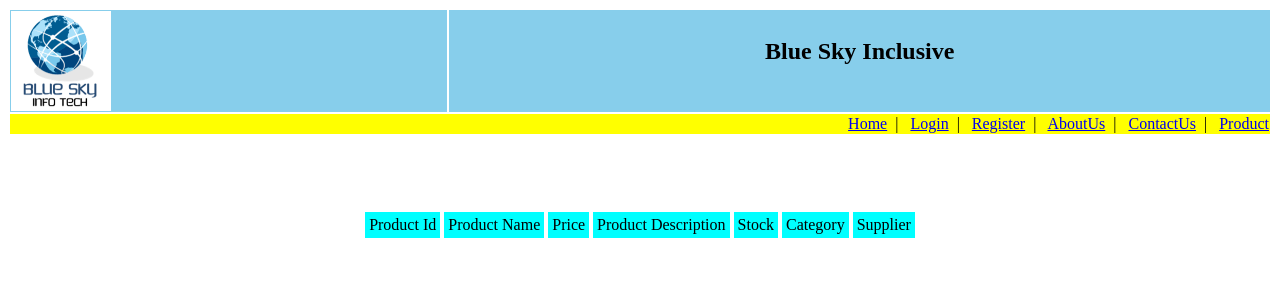
Repository: aishwaryaR16/Term-2-Project
Page: http://localhost/WebDemo/ProductDisplay.jsp
The author's editor kept a copy of each file at every save. The page is drawn from the files as they stood at one save, then again after the next save.
The browser window is 1280 px wide. The pictures show the whole page.
The page is served by Tomcat 9. The template is opened directly, without the code that normally fills it, so the values that code supplies are empty.

Above is the page before, as saved 2020-11-20 14:06:57.

After the next save:
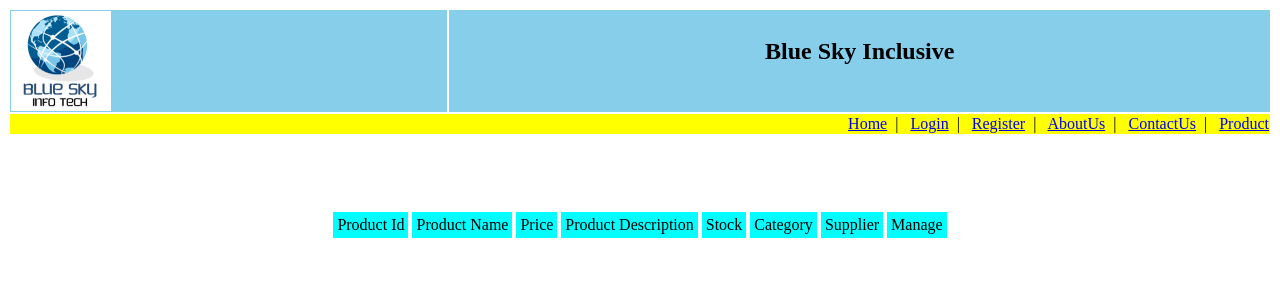
Saved 17 min 47 s later.
--- a/eclipse-workspace1/WebDemo/WebContent/ProductDisplay.jsp
+++ b/eclipse-workspace1/WebDemo/WebContent/ProductDisplay.jsp
@@ -13,6 +13,7 @@
 <td>Stock</td>
 <td>Category</td>
 <td>Supplier</td>
+<td>Manage</td>
 </tr>
 
 <c:forEach items="${productList }" var="product">

After the save that followed:
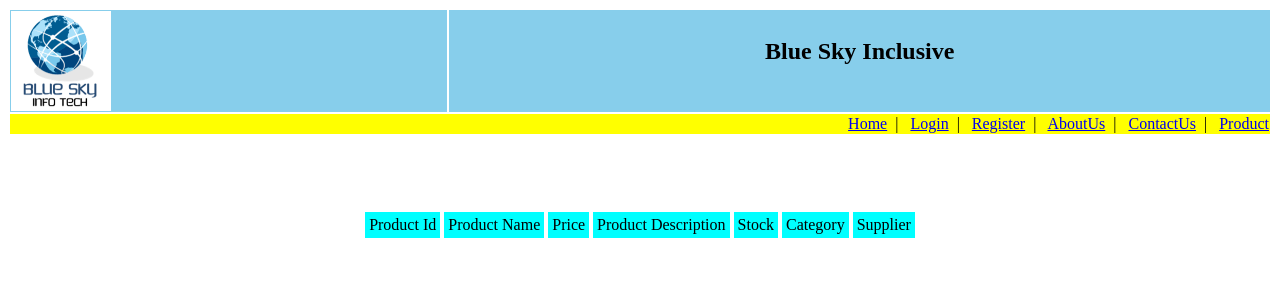
Saved 69 s later.
--- a/eclipse-workspace1/WebDemo/WebContent/ProductDisplay.jsp
+++ b/eclipse-workspace1/WebDemo/WebContent/ProductDisplay.jsp
@@ -13,7 +13,7 @@
 <td>Stock</td>
 <td>Category</td>
 <td>Supplier</td>
-<td>Manage</td>
+
 </tr>
 
 <c:forEach items="${productList }" var="product">
